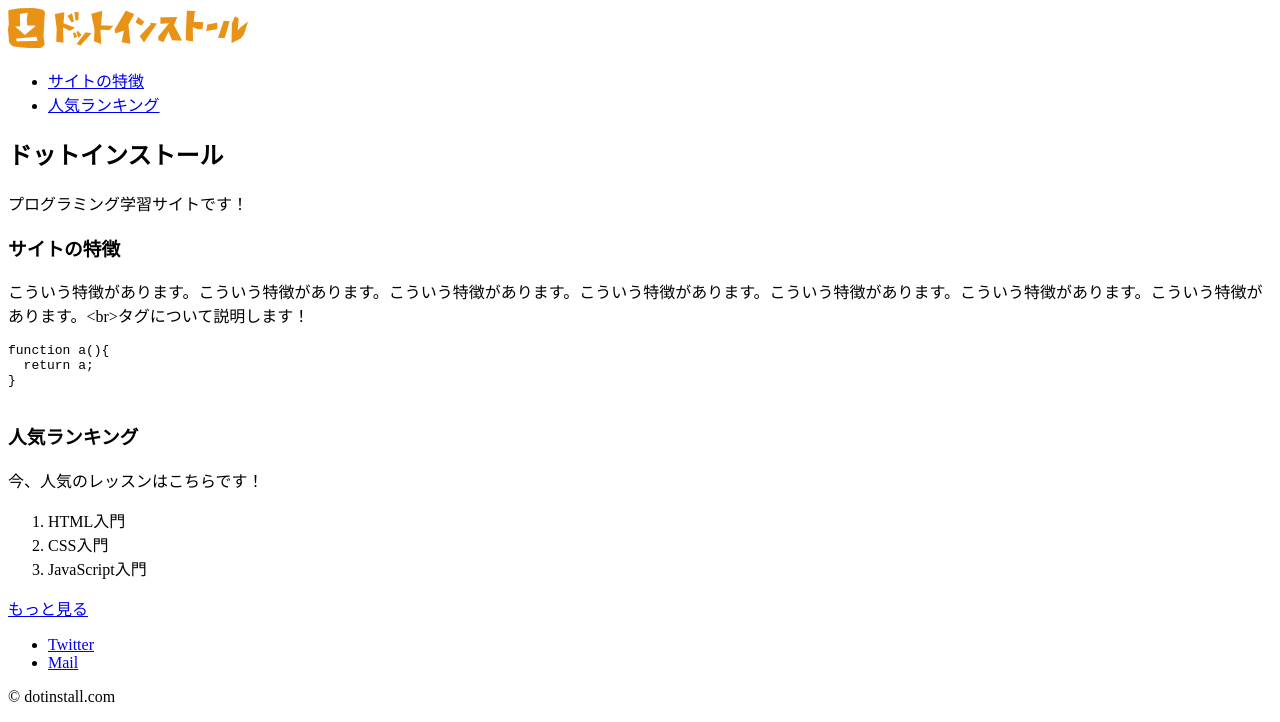
Repository: kojimayu/dotinstall-html
Page: index.html
An editor plug-in stored every save of this project. The page is shown before and after the next save, followed by the edit.
The browser window is 1280 px wide. The pictures show the whole page.

Above is the page before, as saved 2019-04-05 13:02:01.

### index.html
<!DOCTYPE html>
<html lang="ja">

<head>
  <meta charset="UTF-8">
  <title>ドットインストール</title>
  <meta name="description" content="プログラミング学習サイトのドットインストールです。">
  <link rel="icon" href="img/favicon.ico">
</head>

<body>
  <header>
    <img src="img/logo.png" alt="ドットインストールのロゴです" width="240" height="40">
    <nav>
      <ul>
        <li><a href="#about">サイトの特徴</a></li>
        <li><a href="#ranking">人気ランキング</a></li>
      </ul>
    </nav>
  </header>

  <section>
    <h1>ドットインストール</h1>
    <p>プログラミング学習サイトです！</p>
    <section>
      <h1 id="about">サイトの特徴</h1>
      <p>こういう特徴があります。こういう特徴があります。こういう特徴があります。こういう特徴があります。こういう特徴があります。こういう特徴があります。こういう特徴があります。&lt;br&gt;タグについて説明します！</p>
      <pre>
function a(){
  return a;
}
      </pre>
    </section>
    <section>
      <h1 id="ranking">人気ランキング</h1>
      <p>今、人気のレッスンはこちらです！</p>
      <ol>
        <li>HTML入門</li>
        <li>CSS入門</li>
        <li>JavaScript入門</li>
      </ol>
      <p><a href="more_lessons.html">もっと見る</a></p>
    </section>
  </section>

  <footer>
    <ul>
      <li><a href="https://twitter.com/dotinstall" target="_blank">Twitter</a></li>
      <li><a href="mailto:taguchi@gmail.com" target="_blank">Mail</a></li>
    </ul>
    <p>&copy; dotinstall.com</p>
  </footer>
</body>

</html>

After the next save:
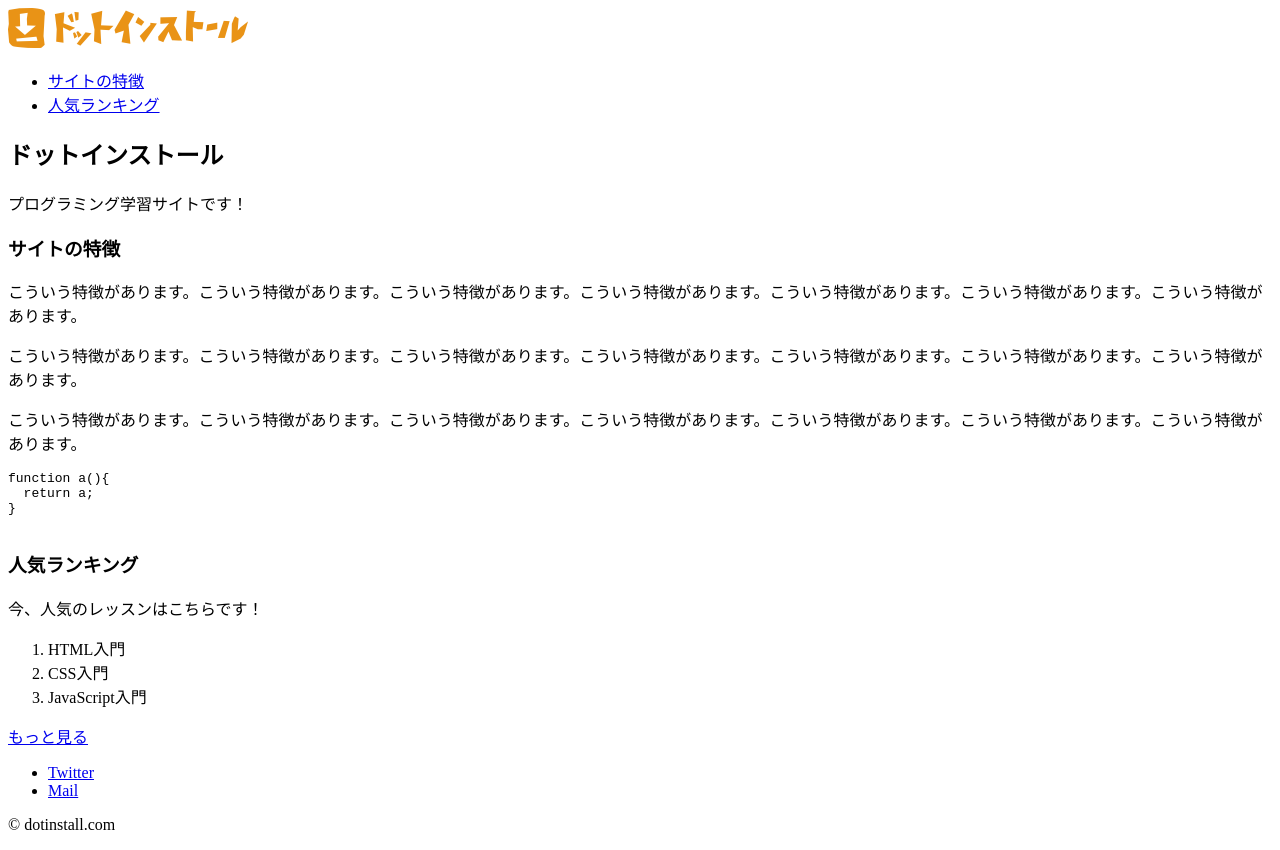
Saved 7 min 10 s later.
--- a/index.html
+++ b/index.html
@@ -24,7 +24,18 @@
     <p>プログラミング学習サイトです！</p>
     <section>
       <h1 id="about">サイトの特徴</h1>
-      <p>こういう特徴があります。こういう特徴があります。こういう特徴があります。こういう特徴があります。こういう特徴があります。こういう特徴があります。こういう特徴があります。&lt;br&gt;タグについて説明します！</p>
+      <div>
+        <p>こういう特徴があります。こういう特徴があります。こういう特徴があります。こういう特徴があります。こういう特徴があります。こういう特徴があります。こういう特徴があります。</p>
+
+      </div>
+      <div>
+        <p>こういう特徴があります。こういう特徴があります。こういう特徴があります。こういう特徴があります。こういう特徴があります。こういう特徴があります。こういう特徴があります。</p>
+
+      </div>
+      <div>
+        <p>こういう特徴があります。こういう特徴があります。こういう特徴があります。こういう特徴があります。こういう特徴があります。こういう特徴があります。こういう特徴があります。</p>
+
+      </div>
       <pre>
 function a(){
   return a;
